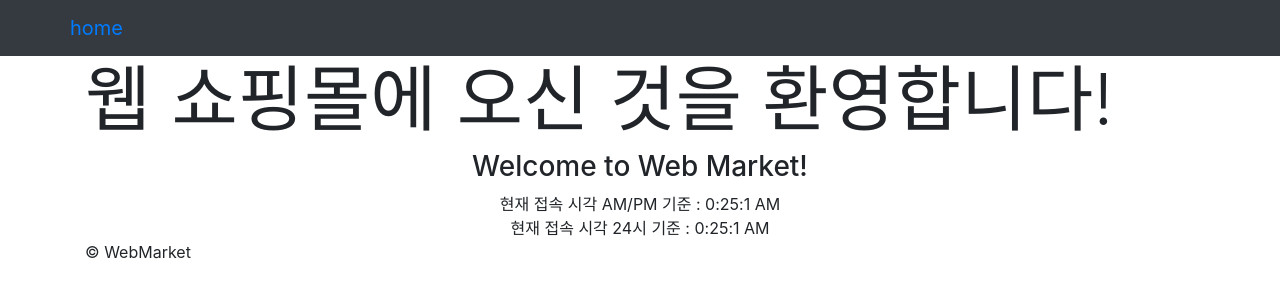
Repository: realseungju/JSP
Page: http://localhost/WebMarket/web_front_page.jsp
These files come from the project's save history. The page is drawn as it stood at one moment and after the next save; the edit follows.
The browser window is 1280 px wide. The pictures show the whole page.
The page is served by Tomcat 9.

Above is the page before, as saved 2021-11-22 02:40:11.

After the next save:
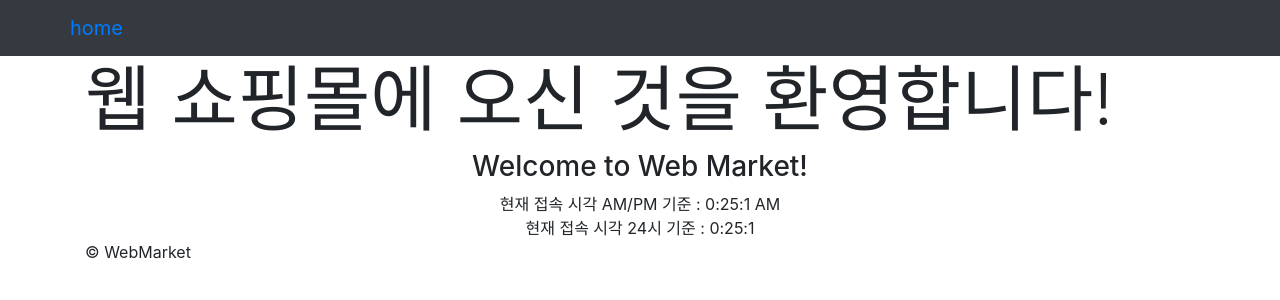
Saved 19 s later.
--- a/JSP_Work/WebMarket/WebContent/web_front_page.jsp
+++ b/JSP_Work/WebMarket/WebContent/web_front_page.jsp
@@ -53,7 +53,7 @@
 	 				String CT = hour + ":" + min + ":" + sec + " " + am_pm;
 	 				String CT2 = hour2 + ":" + min + ":" + sec + " ";
 	 				out.println("현재 접속 시각 AM/PM 기준 : " + CT + "<br>");
-	 				out.println("현재 접속 시각 24시 기준 : " + CT + "<br>");
+	 				out.println("현재 접속 시각 24시 기준 : " + CT2 + "<br>");
 
 	 			%>
 	 		</div>
